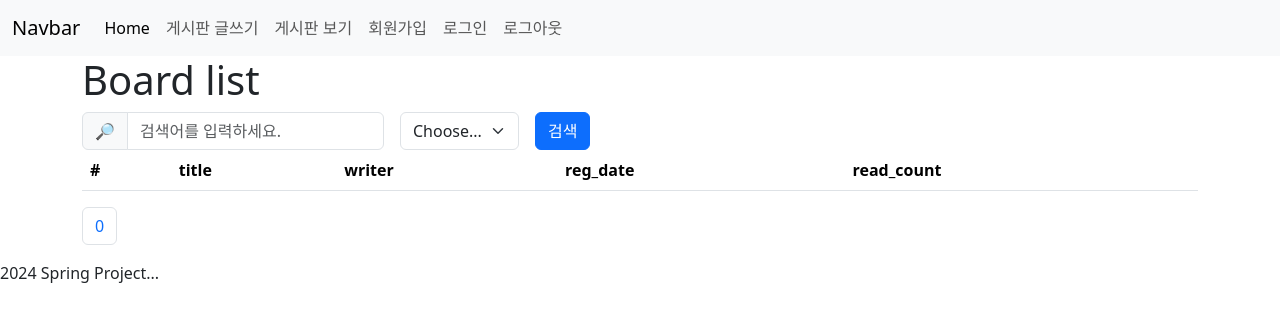
Repository: leegangjin/springTest240430
Page: http://localhost/spring_study/WEB-INF/views/board/list.jsp
These files come from the project's save history. The page is drawn as it stood at one moment and after the next save; the edit follows.
The browser window is 1280 px wide. The pictures show the whole page.
The page is served by Tomcat 9. Nobody is signed in. The template is opened directly, without the code that normally fills it, so the values that code supplies are empty.

Above is the page before, as saved 2024-04-25 02:40:07.

### spring_study/src/main/webapp/WEB-INF/views/board/list.jsp
<%@ page language="java" contentType="text/html; charset=UTF-8"
    pageEncoding="UTF-8"%>
  <%@ taglib uri="http://java.sun.com/jsp/jstl/core" prefix="c" %>

<jsp:include page="../layout/header.jsp"></jsp:include>
<div class="container-md">
	<h1>Board list</h1>
	<!-- 검색 -->
	<form action="/board/list" method="get" class="row row-cols-lg-auto g-3 align-items-center">
  <div class="col-12">
    <label class="visually-hidden" for="inlineFormInputGroupUsername">Username</label>
    <div class="input-group">
      <div class="input-group-text">🔎</div>
      <input type="text" class="form-control" id="inlineFormInputGroupUsername" placeholder="검색어를 입력하세요.">
    </div>
  </div>

  <div class="col-12">
    <label class="visually-hidden" for="inlineFormSelectPref">Preference</label>
    <select class="form-select" id="inlineFormSelectPref">
      <option selected>Choose...</option>
      <option value="1">Title</option>
      <option value="2">Writer</option>
      <option value="3">Content</option>
    </select>
  </div>

  <div class="col-12">
    <button type="submit" class="btn btn-primary">검색</button>
  </div>
</form>
	<table class="table table-hover">
		<thead>
			<tr>
				<th>#</th>
				<th>title</th>
				<th>writer</th>
				<th>reg_date</th>
				<th>read_count</th>
			</tr>
		</thead>
		<tbody>
			<c:forEach items="${list }" var="bvo">
			<tr>
				<td>${bvo.bno }</td>
				<td><a href="/board/detail?bno=${bvo.bno}">${bvo.title }</a></td>
				<td>${bvo.writer }</td>
				<td>${bvo.reg_date }</td>
				<td>${bvo.read_count }</td>
			</tr>
			</c:forEach>
		</tbody>
	</table>

	<!-- 페이지네이션 -->
	<nav aria-label="Page navigation example">
  <ul class="pagination">
 	<c:if test="${ph.prev }">
    <li class="page-item">
      <a class="page-link" href="/board/list?pageNo=${ph.startPage-1 }&qty=${ph.pgvo.qty}" aria-label="Previous">
        <span aria-hidden="true">&laquo;</span>
      </a>
    </li>
 </c:if>
<c:forEach begin="${ph.startPage }" end="${ph.endPage }" var="i">
    <li class="page-item"><a class="page-link" href="/board/list?pageNo=${i }&qty=${ph.pgvo.qty}">${i }</a></li>
    </c:forEach>

	<c:if test="${ph.next }">
    <li class="page-item">
      <a class="page-link" href="/board/list?pageNo=${ph.endPage+1 }&qty=${ph.pgvo.qty}" aria-label="Next">
        <span aria-hidden="true">&raquo;</span>
      </a>
    </li>
    </c:if>
  </ul>
</nav>
</div>
<jsp:include page="../layout/footer.jsp"></jsp:include>

### spring_study/src/main/webapp/WEB-INF/views/layout/header.jsp
<%@ page language="java" contentType="text/html; charset=UTF-8"
    pageEncoding="UTF-8"%>
<!DOCTYPE html>
<html>
<head>
<meta charset="UTF-8">
<title>header.jsp</title>
</head>
<link href="https://cdn.jsdelivr.net/npm/bootstrap@5.3.3/dist/css/bootstrap.min.css" rel="stylesheet" integrity="sha384-QWTKZyjpPEjISv5WaRU9OFeRpok6YctnYmDr5pNlyT2bRjXh0JMhjY6hW+ALEwIH" crossorigin="anonymous">
<script src="https://cdn.jsdelivr.net/npm/bootstrap@5.3.3/dist/js/bootstrap.bundle.min.js" integrity="sha384-YvpcrYf0tY3lHB60NNkmXc5s9fDVZLESaAA55NDzOxhy9GkcIdslK1eN7N6jIeHz" crossorigin="anonymous"></script>
<body>
<nav class="navbar navbar-expand-lg bg-body-tertiary">
  <div class="container-fluid">
    <a class="navbar-brand" href="#">Navbar</a>
    <button class="navbar-toggler" type="button" data-bs-toggle="collapse" data-bs-target="#navbarSupportedContent" aria-controls="navbarSupportedContent" aria-expanded="false" aria-label="Toggle navigation">
      <span class="navbar-toggler-icon"></span>
    </button>
    <div class="collapse navbar-collapse" id="navbarSupportedContent">
      <ul class="navbar-nav me-auto mb-2 mb-lg-0">
        <li class="nav-item">
          <a class="nav-link active" aria-current="page" href="#">Home</a>
        </li>
        <li class="nav-item">
          <a class="nav-link" href="/board/register">게시판 글쓰기</a>
        </li>
        <li class="nav-item">
          <a class="nav-link" href="/board/list">게시판 보기</a>
        </li>
        <li class="nav-item">
          <a class="nav-link" href="#">회원가입</a>
        </li>
        <li class="nav-item">
          <a class="nav-link" href="#">로그인</a>
        </li>
        <li class="nav-item">
          <a class="nav-link" href="#">로그아웃</a>
        </li>
        </ul>
    </div>
  </div>
</nav>

### spring_study/src/main/webapp/WEB-INF/views/layout/footer.jsp
<%@ page language="java" contentType="text/html; charset=UTF-8"
	pageEncoding="UTF-8"%>
<!DOCTYPE html>
<html>
<head>
<meta charset="UTF-8">



<div class="mb-3" >2024 Spring Project...</div>
</body>
</html>

After the next save:
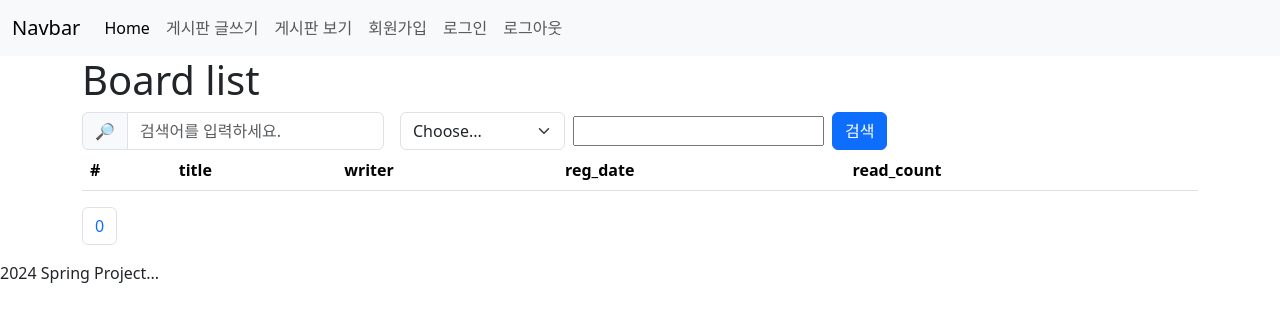
Saved 2 min 54 s later.
--- a/spring_study/src/main/webapp/WEB-INF/views/board/list.jsp
+++ b/spring_study/src/main/webapp/WEB-INF/views/board/list.jsp
@@ -19,11 +19,17 @@
     <label class="visually-hidden" for="inlineFormSelectPref">Preference</label>
     <select class="form-select" id="inlineFormSelectPref">
       <option selected>Choose...</option>
-      <option value="1">Title</option>
-      <option value="2">Writer</option>
-      <option value="3">Content</option>
+      <option value="t">Title</option>
+      <option value="w">Writer</option>
+      <option value="c">Content</option>
+      <option value="tc">title&content</option>
+      <option value="wc">writer&content</option>
+      <option value="tw">title&writer</option>
+      <option value="twc">all</option>
     </select>
   </div>
+
+  <input type="text"  >
 
   <div class="col-12">
     <button type="submit" class="btn btn-primary">검색</button>
